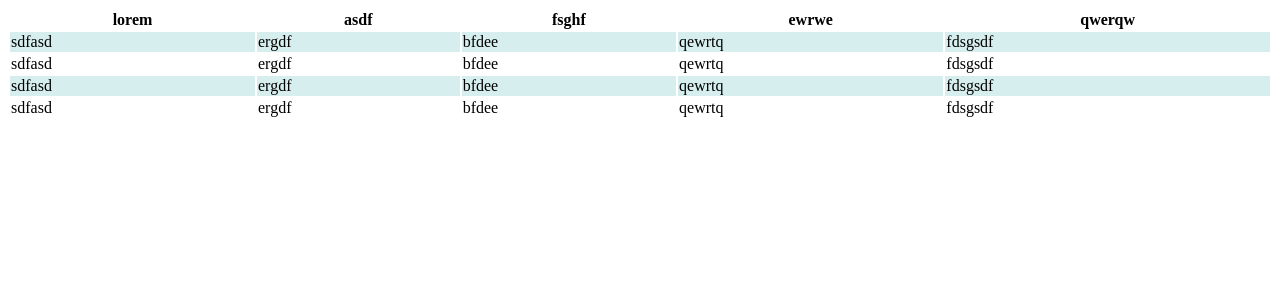
Repository: donggri1/WORKSPACE
Page: WebClass/webPro/src/main/webapp/html/days03/ex07_04.html
The author's editor kept a copy of each file at every save. The page is drawn from the files as they stood at one save, then again after the next save.
The browser window is 1280 px wide. The pictures show the whole page.

Above is the page before, as saved 2024-03-26 05:34:12.

### WebClass/webPro/src/main/webapp/html/days03/ex07_04.html
<!DOCTYPE html>
<html>
<head>
<meta charset="UTF-8">
<title>Insert title here</title>
<link rel="shortcut icon" type="image/x-icon" href="http://localhost/webPro/images/SiSt.ico">
<style>
	table{
		width: 100%;
	}
	tr:nth-child(even){
		background-color: #d6eeee;
	}
</style>
</head>
<body>


<table>
	<tr>
		<th>lorem</th>
		<th>asdf</th>
		<th>fsghf</th>
		<th>ewrwe</th>
		<th>qwerqw</th>
	</tr>
	<tr>
		<td>sdfasd</td>
		<td>ergdf</td>
		<td>bfdee</td>
		<td>qewrtq</td>
		<td>fdsgsdf</td>
	</tr>
	<tr>
		<td>sdfasd</td>
		<td>ergdf</td>
		<td>bfdee</td>
		<td>qewrtq</td>
		<td>fdsgsdf</td>
	</tr>
	<tr>
		<td>sdfasd</td>
		<td>ergdf</td>
		<td>bfdee</td>
		<td>qewrtq</td>
		<td>fdsgsdf</td>
	</tr>
	<tr>
		<td>sdfasd</td>
		<td>ergdf</td>
		<td>bfdee</td>
		<td>qewrtq</td>
		<td>fdsgsdf</td>
	</tr>
</table>
</body>
</html>

After the next save:
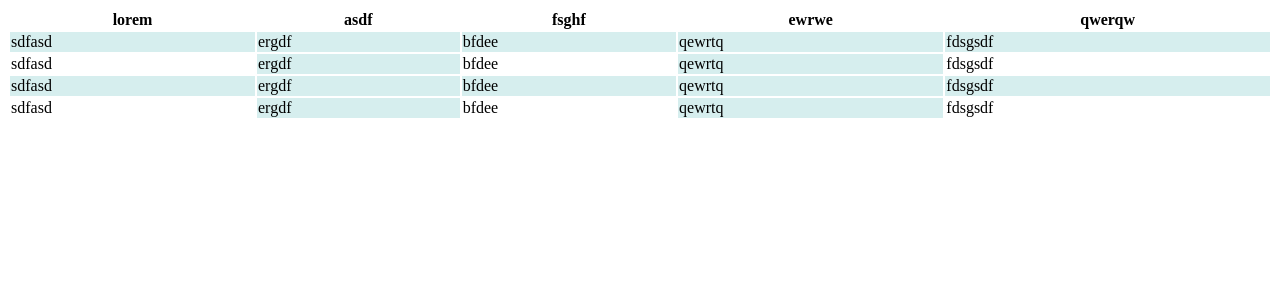
Saved 68 s later.
--- a/WebClass/webPro/src/main/webapp/html/days03/ex07_04.html
+++ b/WebClass/webPro/src/main/webapp/html/days03/ex07_04.html
@@ -8,9 +8,13 @@
 	table{
 		width: 100%;
 	}
-	tr:nth-child(even){
+	tr:nth-child(even){ /* tr:nth-child(odd) */
 		background-color: #d6eeee;
 	}
+	td:nth-child(even){
+		background-color: #d6eeee;
+	}
+
 </style>
 </head>
 <body>
